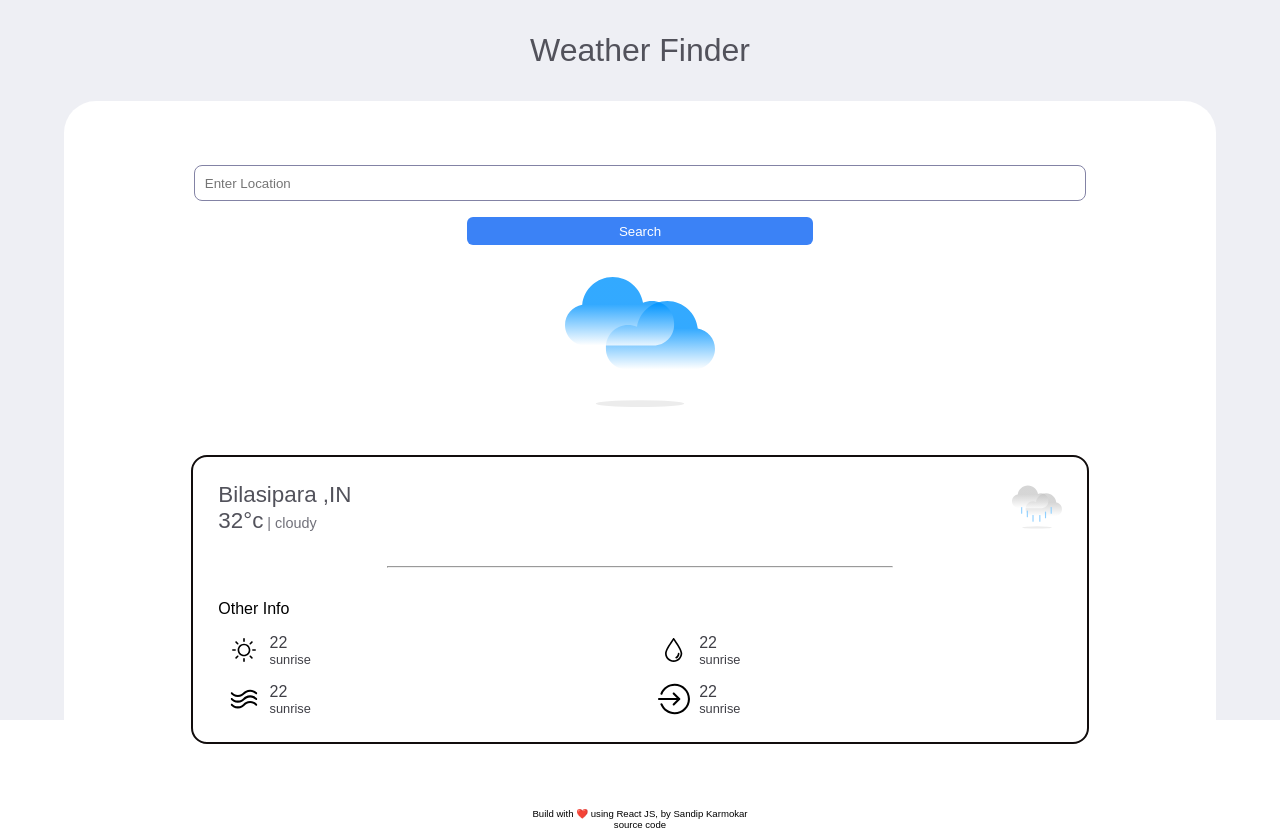
Repository: sandipkarmokar/weather-app
Page: /
The author's editor kept a copy of each file at every save. The page is drawn from the files as they stood at one save, then again after the next save.
The browser window is 1280 px wide. The pictures show the whole page.
The project was rebuilt for these pictures with package versions that can differ from the ones it lists, and the page was loaded fresh each time.

Above is the page before, as saved 2022-04-12 17:33:00.

After the next save:
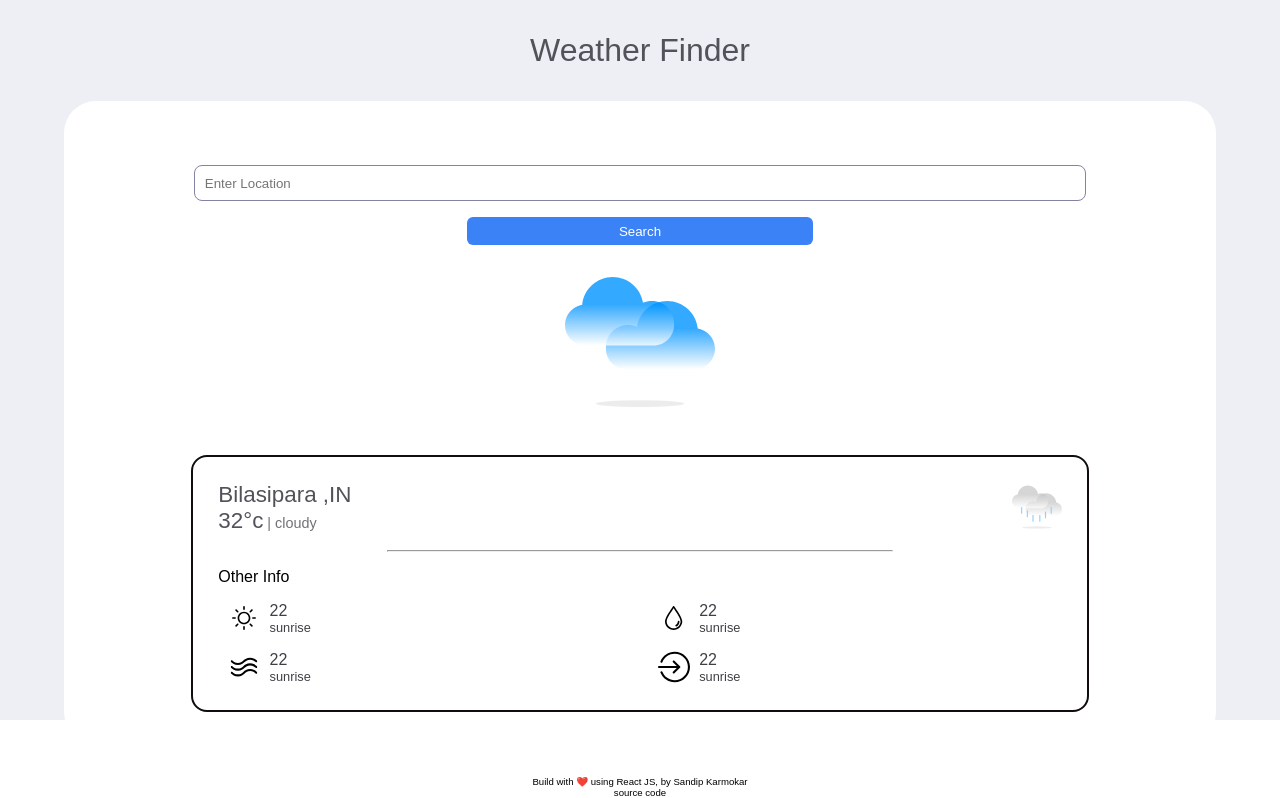
Saved 12 s later.
--- a/src/App.css
+++ b/src/App.css
@@ -88,7 +88,7 @@
 
 .app .app-container .weather-info-show hr {
     width: 60%;
-    margin: 2rem auto;
+    margin: 1rem auto;
 }
 
 .app .app-container .weather-info-show .other-info {
